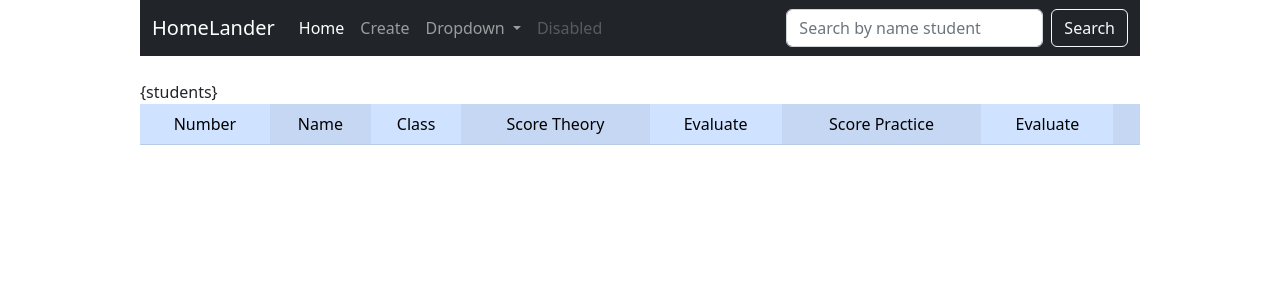
Repository: nguyenhung50497/MD3_thiThucHanh
Page: src/views/home.html
An editor plug-in stored every save of this project. The page is shown before and after the next save, followed by the edit.
The browser window is 1280 px wide. The pictures show the whole page.

Above is the page before, as saved 2023-01-05 09:08:25.

### src/views/home.html
<!doctype html>
<html lang="en">
  <head>
    <meta charset="utf-8">
    <meta name="viewport" content="width=device-width, initial-scale=1">
    <title>Home</title>
    <link href="https://cdn.jsdelivr.net/npm/bootstrap@5.2.3/dist/css/bootstrap.min.css" rel="stylesheet" integrity="sha384-rbsA2VBKQhggwzxH7pPCaAqO46MgnOM80zW1RWuH61DGLwZJEdK2Kadq2F9CUG65" crossorigin="anonymous">
  </head>
  <body>
    <div class="container" style="width: 80%;">
      <nav class="navbar navbar-dark bg-dark navbar-expand-lg">
        <div class="container-fluid">
          <a class="navbar-brand" href="/home">HomeLander</a>
          <button class="navbar-toggler" type="button" data-bs-toggle="collapse" data-bs-target="#navbarSupportedContent" aria-controls="navbarSupportedContent" aria-expanded="false" aria-label="Toggle navigation">
            <span class="navbar-toggler-icon"></span>
          </button>
          <div class="collapse navbar-collapse" id="navbarSupportedContent">
            <ul class="navbar-nav me-auto mb-2 mb-lg-0">
              <li class="nav-item">
                <a class="nav-link active" aria-current="page" href="/home">Home</a>
              </li>
              <li class="nav-item">
                <a class="nav-link" href="/student/create">Create</a>
              </li>
              <li class="nav-item dropdown">
                <a class="nav-link dropdown-toggle" href="#" role="button" data-bs-toggle="dropdown" aria-expanded="false">
                  Dropdown
                </a>
                <ul class="dropdown-menu">
                  <li><a class="dropdown-item" href="#">Action</a></li>
                  <li><a class="dropdown-item" href="#">Another action</a></li>
                  <li><hr class="dropdown-divider"></li>
                  <li><a class="dropdown-item" href="#">Something else here</a></li>
                </ul>
              </li>
              <li class="nav-item">
                <a class="nav-link disabled">Disabled</a>
              </li>
            </ul>
            <form class="d-flex" role="search" method="post">
              <input class="form-control me-2" name="search" type="search" placeholder="Search by name student" aria-label="Search">
              <button class="btn btn-outline-light" type="submit">Search</button>
            </form>
          </div>
        </div>
      </nav>
      <br>
      <table class="table table-primary table-striped-columns" style="text-align: center;">
        <tr>
            <td>Number</td>
            <td>Name</td>
            <td>Class</td>
            <td>Score Theory</td>
            <td>Evaluate</td>
            <td>Score Practice</td>
            <td>Evaluate</td>
            <td colspan="4"></td>
        </tr>
        <tbody>
        {students}
        </tbody>
      </table>
    </div>
    <script src="https://cdn.jsdelivr.net/npm/bootstrap@5.2.3/dist/js/bootstrap.bundle.min.js" integrity="sha384-kenU1KFdBIe4zVF0s0G1M5b4hcpxyD9F7jL+jjXkk+Q2h455rYXK/7HAuoJl+0I4" crossorigin="anonymous"></script>
  </body>
</html>

After the next save:
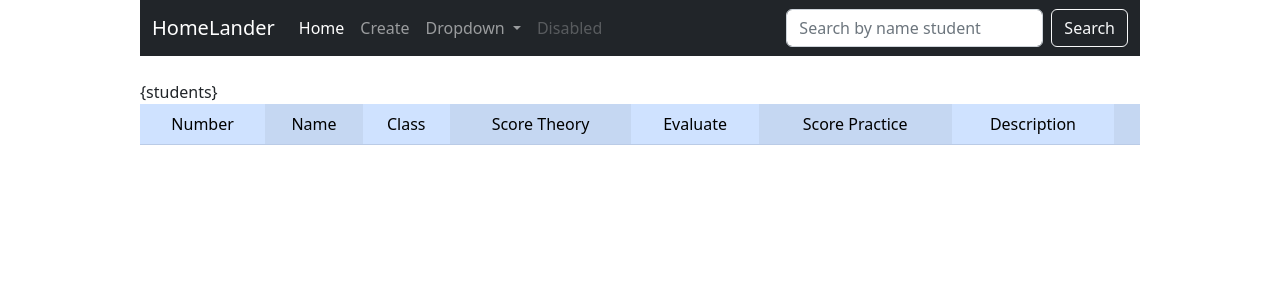
Saved 9 s later.
--- a/src/views/home.html
+++ b/src/views/home.html
@@ -53,7 +53,7 @@
             <td>Score Theory</td>
             <td>Evaluate</td>
             <td>Score Practice</td>
-            <td>Evaluate</td>
+            <td>Description</td>
             <td colspan="4"></td>
         </tr>
         <tbody>
